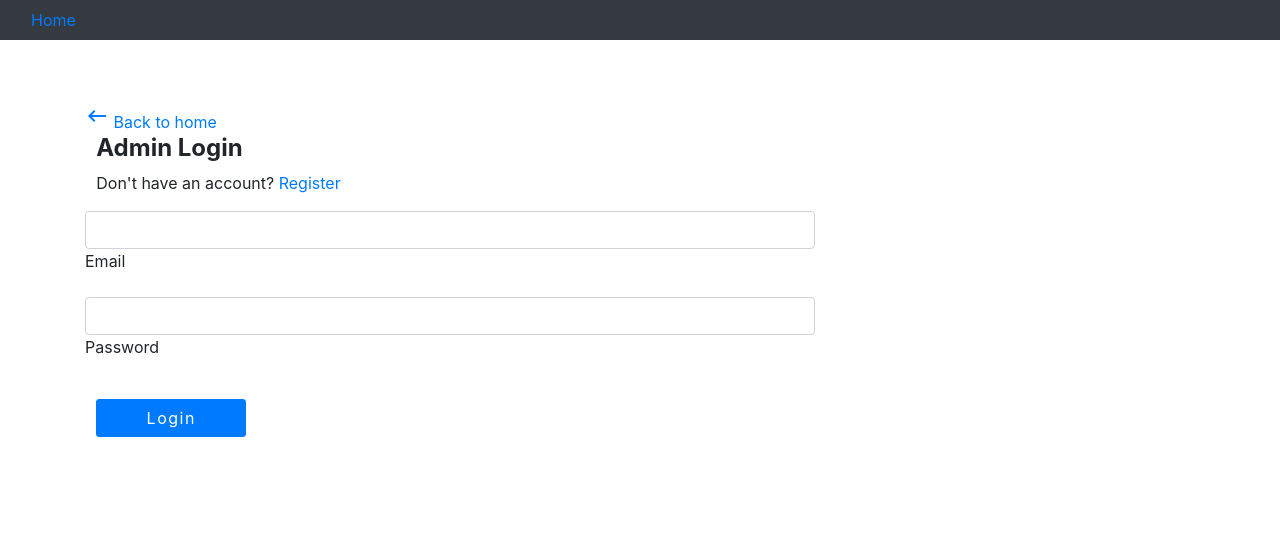
Repository: oba14/start-chat
Page: / (app in client/)
An editor plug-in stored every save of this project. The page is shown before and after the next save, followed by the edit.
The browser window is 1280 px wide. The pictures show the whole page.
The page's requests for data from a server got no answer. The project was rebuilt for these pictures with package versions that can differ from the ones it lists, and the page was loaded fresh each time. No one was signed in, and anything a server would have sent is missing. Also part of the build but not shown: client/src/components/pages/LandingPage.js, client/src/components/component/Chat.css, client/src/components/component/ChatWindow.js, client/src/components/component/ChatBox.js, client/src/components/component/Users.js, client/src/components/pages/Chat.js, client/src/components/pages/NotFound.js, client/src/components/auth/Register.js and 1 more.

Above is the page before, as saved 2020-01-22 21:52:11.

After the next save:
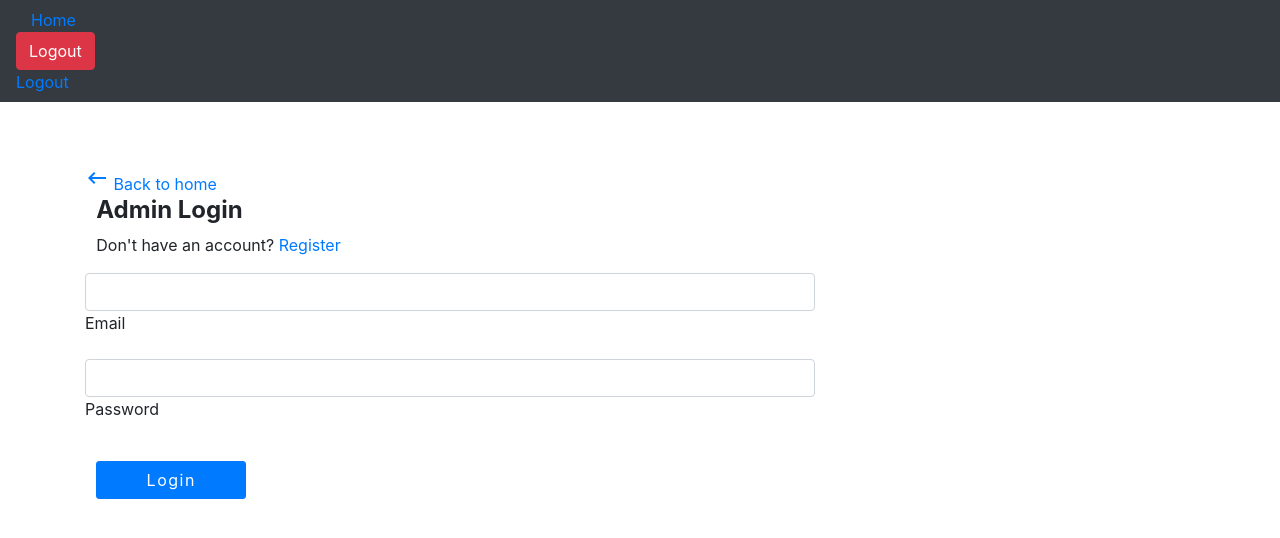
Saved 40 min 56 s later.
--- a/client/src/components/component/Navbar.js
+++ b/client/src/components/component/Navbar.js
@@ -37,6 +37,13 @@ const Navbar = () => {
               to="/"
               className=" col s5 black-text">
               Home
+              <div className='right'>
+                <button type="button" className='btn btn-danger' onClick={() => dispatch(logoutUser())}>
+                  Logout
+                </button>
+              </div>
+
+              Logout
             </NavLink>
 
             {user.username &&
